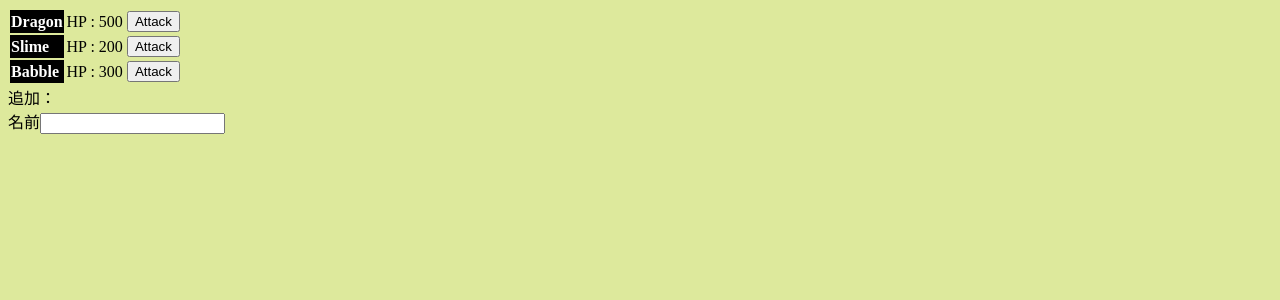
Repository: minoto9/vue_tutorial
Page: sampler/index.html
These files come from the project's save history. The page is drawn as it stood at one moment and after the next save; the edit follows.
The browser window is 1280 px wide. The pictures show the whole page.

Above is the page before, as saved 2019-07-10 20:57:07.

After the next save:
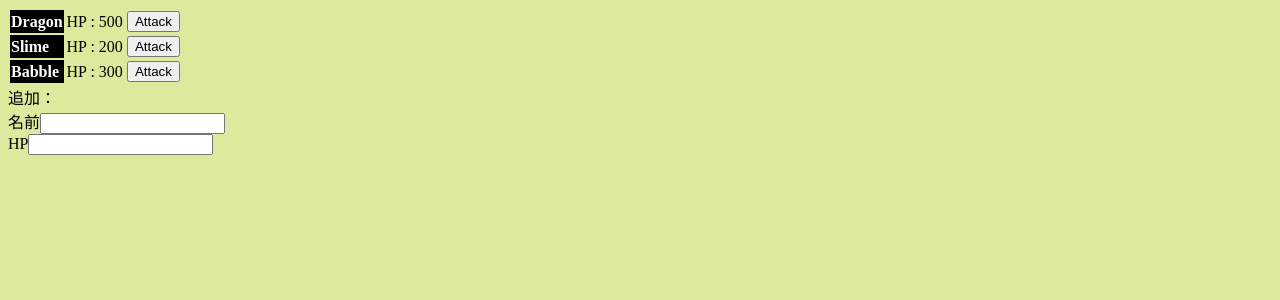
Saved 36 s later.
--- a/sampler/index.html
+++ b/sampler/index.html
@@ -18,7 +18,8 @@
             </tr>
         </table>
         追加：<br>
-        名前<input v-model="name">
+        名前<input v-model="name"><br>
+        HP<input v-model="hp">
     </div>
     <script src="./main.js"></script>
 </body>
